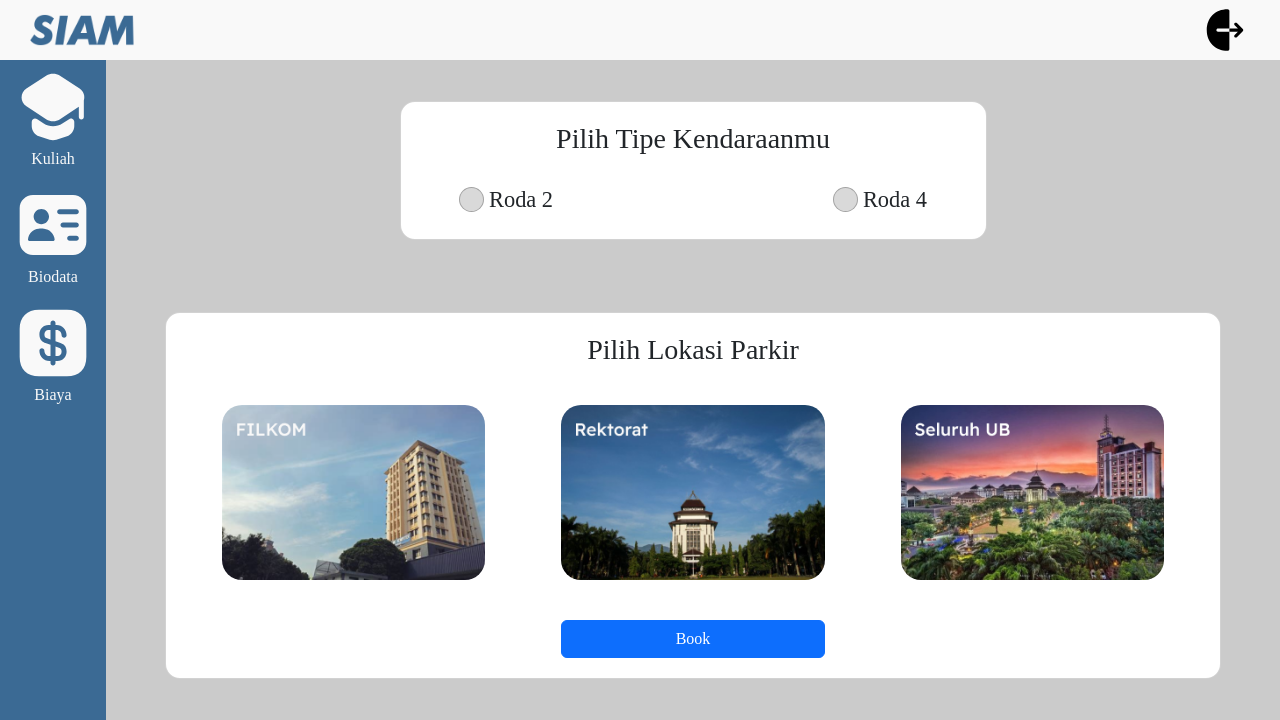
Repository: haikalirf/Project-IMK
Page: parkir.html
The author's editor kept a copy of each file at every save. The page is drawn from the files as they stood at one save, then again after the next save.
The browser window is 1280 px wide. The pictures show the whole page.
Some web fonts or font styles are not loaded; a fallback is used.

Above is the page before, as saved 2022-12-14 15:05:49.

After the next save:
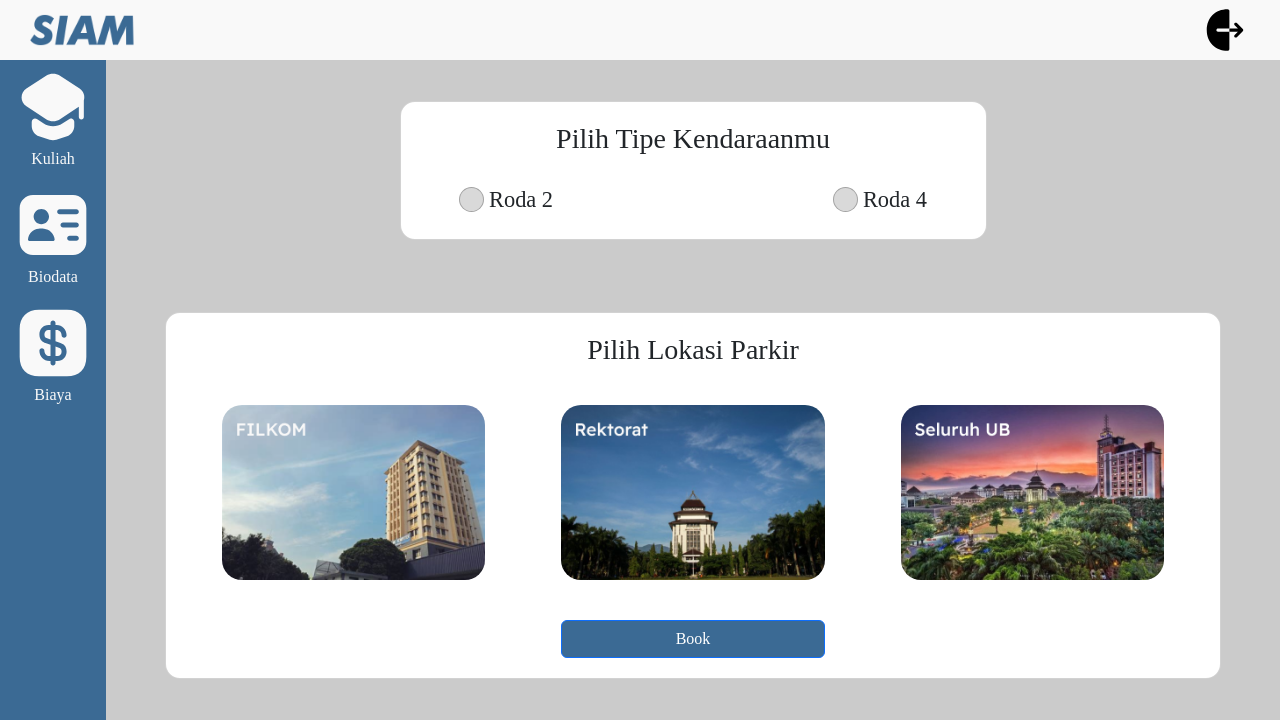
Saved 15 s later.
--- a/styles/parkir.css
+++ b/styles/parkir.css
@@ -141,6 +141,7 @@ a img, a label {
 	align-self: center;
 	width: 25%;
 	margin: 20px;
+	background-color: #3b6a94;
 }
 
 /* TODO */
